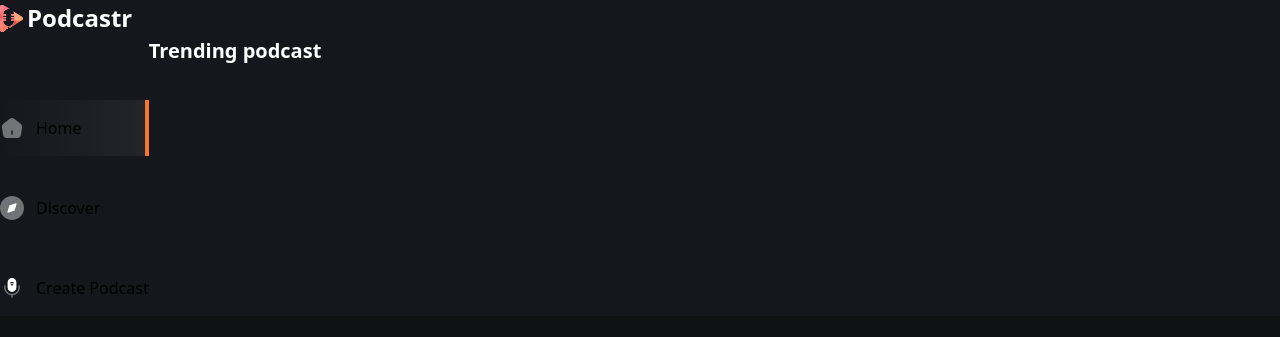
Repository: sumanth-udedar/podcast
Page: /
An editor plug-in stored every save of this project. The page is shown before and after the next save, followed by the edit.
The browser window is 1280 px wide. The pictures show the whole page.
The project was rebuilt for these pictures with package versions that can differ from the ones it lists, and the page was loaded fresh each time. The framework's server and built-in components were replaced by stand-ins that run in the browser. Also part of the build but not shown: next.config.ts.

Above is the page before, as saved 2024-11-13 15:37:06.

### app/(root)/layout.tsx
import LeftSidebar from "@/components/LeftSidebar";

export default function RootLayout({
  children,
}: Readonly<{
  children: React.ReactNode;
}>) {
  return (
    <div className="relative flex flex-col">
      <main className="relative flex bg-black-1">
        <LeftSidebar />
        {children}

        {/* <section className="flex min-h-screen flex-1 flex-col px-4 sm:px-14">
          <div className="mx-auto flex w-full max-w-5xl flex-col max-sm:px-4">
            <div className="flex h-16 items-center justify-between md:hidden">
              <Image
                src="/icons/logo.svg"
                width={30}
                height={30}
                alt="menu icon"
              />
              <MobileNav />
            </div>
            <div className="flex flex-col md:pb-14">
              <Toaster />


            </div>
          </div>
        </section> */}

        {/* <RightSidebar /> */}
      </main>
    </div>
  );
}

### app/(root)/page.tsx
import { Button } from '@/components/ui/button' //if hadnt imported this then i wont be able to use button tag
import React from 'react'

const page = () => {
  return (
    <div className='mt-9 flex flex-col gap-9'>
      <section className='flex flex-col gap-5'>
        <h1 className='text-20 font-bold text-white-1'>Trending podcast</h1>
        {/* <Button className='text-white-1 bg-orange-1'>Button</Button>  commented this*/}

      </section>
    </div>
  )
}

export default page

### components/LeftSidebar.tsx
"use client";

import Image from "next/image";
import Link from "next/link";
import React from "react";
import { sidebarLinks } from "@/constants";
import { usePathname, useRouter } from "next/navigation";
import { cn } from "@/lib/utils";

const LeftSidebar = () => {
  const pathname = usePathname();
  const router = useRouter();
  return (
    <section>
      <nav className="flex flex-col gap-6">
        <Link
          href="/"
          className="flex cursor-pointer items-center gap-1 pb-10 max-lg:justify-center"
        >
          <Image src="/icons/logo.svg" alt="logo" width={23} height={27} />
          <h1 className="text-24 font-extrabold text-white-1 max-lg:hidden">
            Podcastr
          </h1>
        </Link>

        {sidebarLinks.map(({ route, label, imgURL }) => {
          const isActive =
            pathname === route || pathname.startsWith(`${route}/`);

          return (
            <Link
              href={route}
              key={label}
              className={cn(
                "flex gap-3 items-center py-4 max-lg:px-4 justify-center lg:justify-start",
                {
                  "bg-nav-focus border-r-4 border-orange-1": isActive,
                }
              )}
            >
              <Image src={imgURL} alt={label} width={24} height={24} />
              <p>{label}</p>
            </Link>
          );
        })}
      </nav>
    </section>
  );
};

export default LeftSidebar;

### constants/index.tsx
export const sidebarLinks = [
    {
      imgURL: "/icons/home.svg",
      route: "/",
      label: "Home",
    },
    {
      imgURL: "/icons/discover.svg",
      route: "/discover",
      label: "Discover",
    },
    {
      imgURL: "/icons/microphone.svg",
      route: "/create-podcast",
      label: "Create Podcast",
    },
  ];

  export const voiceDetails = [
    {
      id: 1,
      name: "alloy",
    },
    {
      id: 2,
      name: "echo",
    },
    {
      id: 3,
      name: "fable",
    },
    {
      id: 4,
      name: "onyx",
    },
    {
      id: 5,
      name: "nova",
    },
    {
      id: 6,
      name: "shimmer",
    },
  ];

  export const podcastData = [
    {
      id: 1,
      title: "The Joe Rogan Experience",
      description: "A long form, in-depth conversation",
      imgURL:
        "https://lovely-flamingo-139.convex.cloud/api/storage/3106b884-548d-4ba0-a179-785901f69806",
    },
    {
      id: 2,
      title: "The Futur",
      description: "This is how the news should sound",
      imgURL:
        "https://lovely-flamingo-139.convex.cloud/api/storage/16fbf9bd-d800-42bc-ac95-d5a586447bf6",
    },
    {
      id: 3,
      title: "Waveform",
      description: "Join Michelle Obama in conversation",
      imgURL:
        "https://lovely-flamingo-139.convex.cloud/api/storage/60f0c1d9-f2ac-4a96-9178-f01d78fa3733",
    },
    {
      id: 4,
      title: "The Tech Talks Daily Podcast",
      description: "This is how the news should sound",
      imgURL:
        "https://lovely-flamingo-139.convex.cloud/api/storage/5ba7ed1b-88b4-4c32-8d71-270f1c502445",
    },
    {
      id: 5,
      title: "GaryVee Audio Experience",
      description: "A long form, in-depth conversation",
      imgURL:
        "https://lovely-flamingo-139.convex.cloud/api/storage/ca7cb1a6-4919-4b2c-a73e-279a79ac6d23",
    },
    {
      id: 6,
      title: "Syntax ",
      description: "Join Michelle Obama in conversation",
      imgURL:
        "https://lovely-flamingo-139.convex.cloud/api/storage/b8ea40c7-aafb-401a-9129-73c515a73ab5",
    },
    {
      id: 7,
      title: "IMPAULSIVE",
      description: "A long form, in-depth conversation",
      imgURL:
        "https://lovely-flamingo-139.convex.cloud/api/storage/8a55d662-fe3f-4bcf-b78b-3b2f3d3def5c",
    },
    {
      id: 8,
      title: "Ted Tech",
      description: "This is how the news should sound",
      imgURL:
        "https://lovely-flamingo-139.convex.cloud/api/storage/221ee4bd-435f-42c3-8e98-4a001e0d806e",
    },
  ];

Loaded but not shown: app/layout.tsx (common file); app/globals.css (common file); lib/utils.ts (common file); tailwind.config.ts (common file)

After the next save:
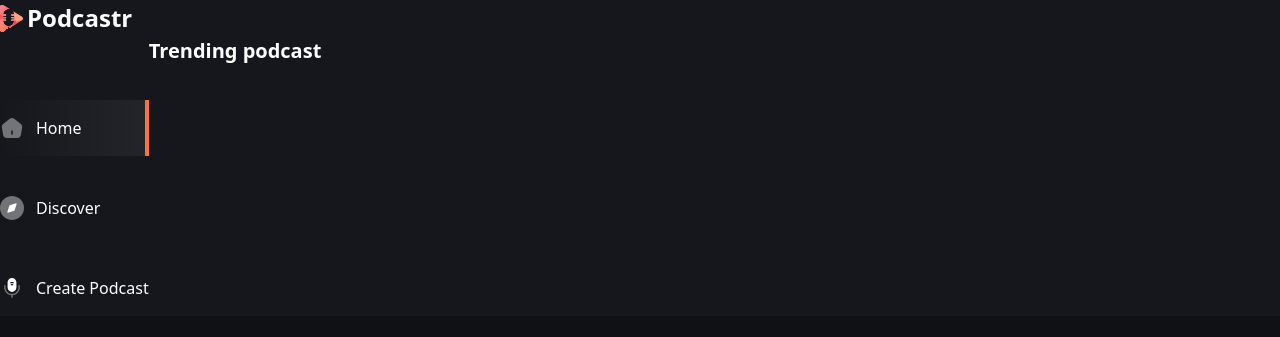
Saved 115 s later.
--- a/components/LeftSidebar.tsx
+++ b/components/LeftSidebar.tsx
@@ -32,7 +32,7 @@ const LeftSidebar = () => {
               href={route}
               key={label}
               className={cn(
-                "flex gap-3 items-center py-4 max-lg:px-4 justify-center lg:justify-start",
+                "flex gap-3 items-center py-4 max-lg:px-4 justify-center lg:justify-start text-white-1",
                 {
                   "bg-nav-focus border-r-4 border-orange-1": isActive,
                 }
